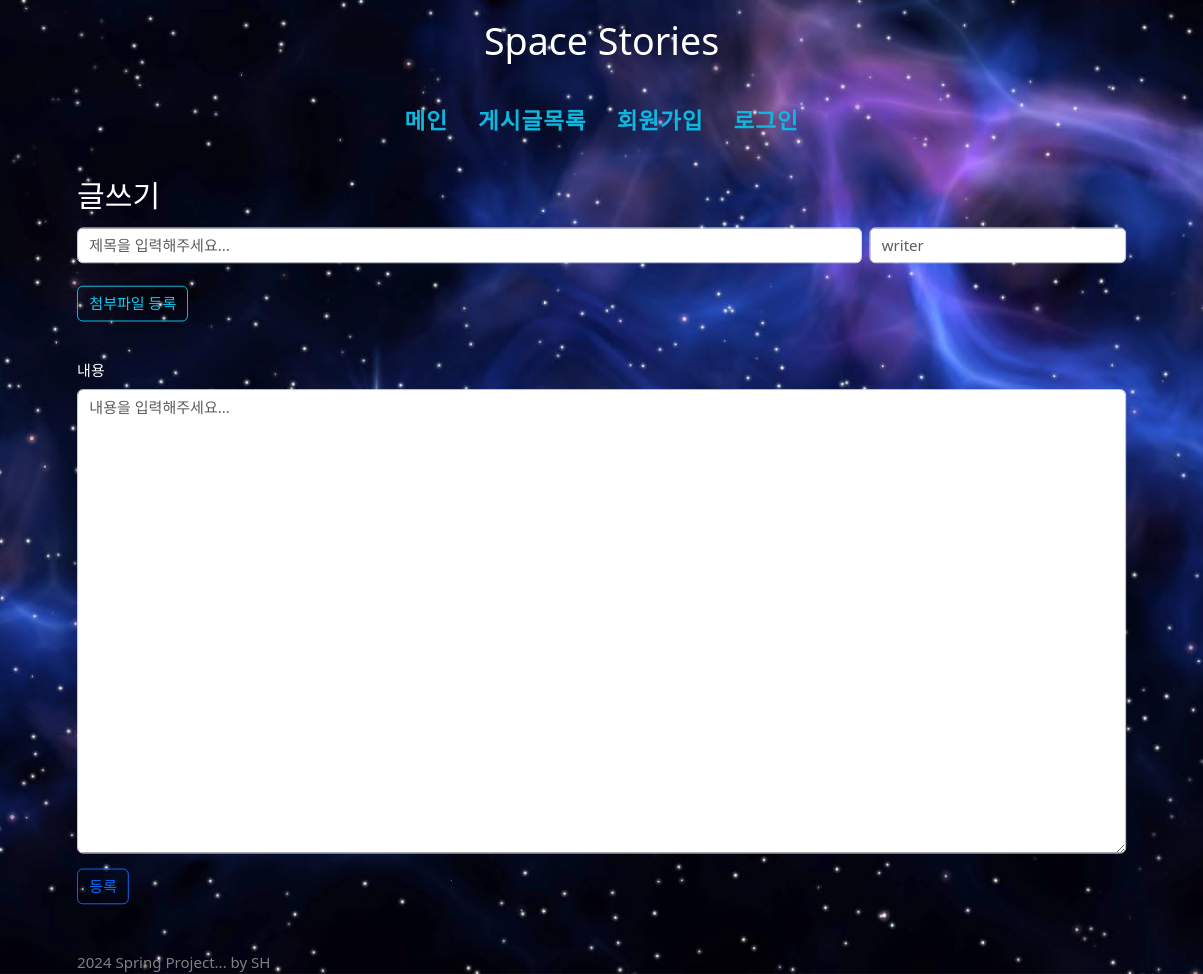
Repository: dtkd19/spring_personal_project
Page: http://localhost/myproject/WEB-INF/views/board/register.jsp
An editor plug-in stored every save of this project. The page is shown before and after the next save, followed by the edit.
The browser window is 1280 px wide. The pictures show the whole page, at 94% of full size.
The page is served by Tomcat 9. Nobody is signed in. The template is opened directly, without the code that normally fills it, so the values that code supplies are empty.

Above is the page before, as saved 2024-11-11 00:55:17.

After the next save:
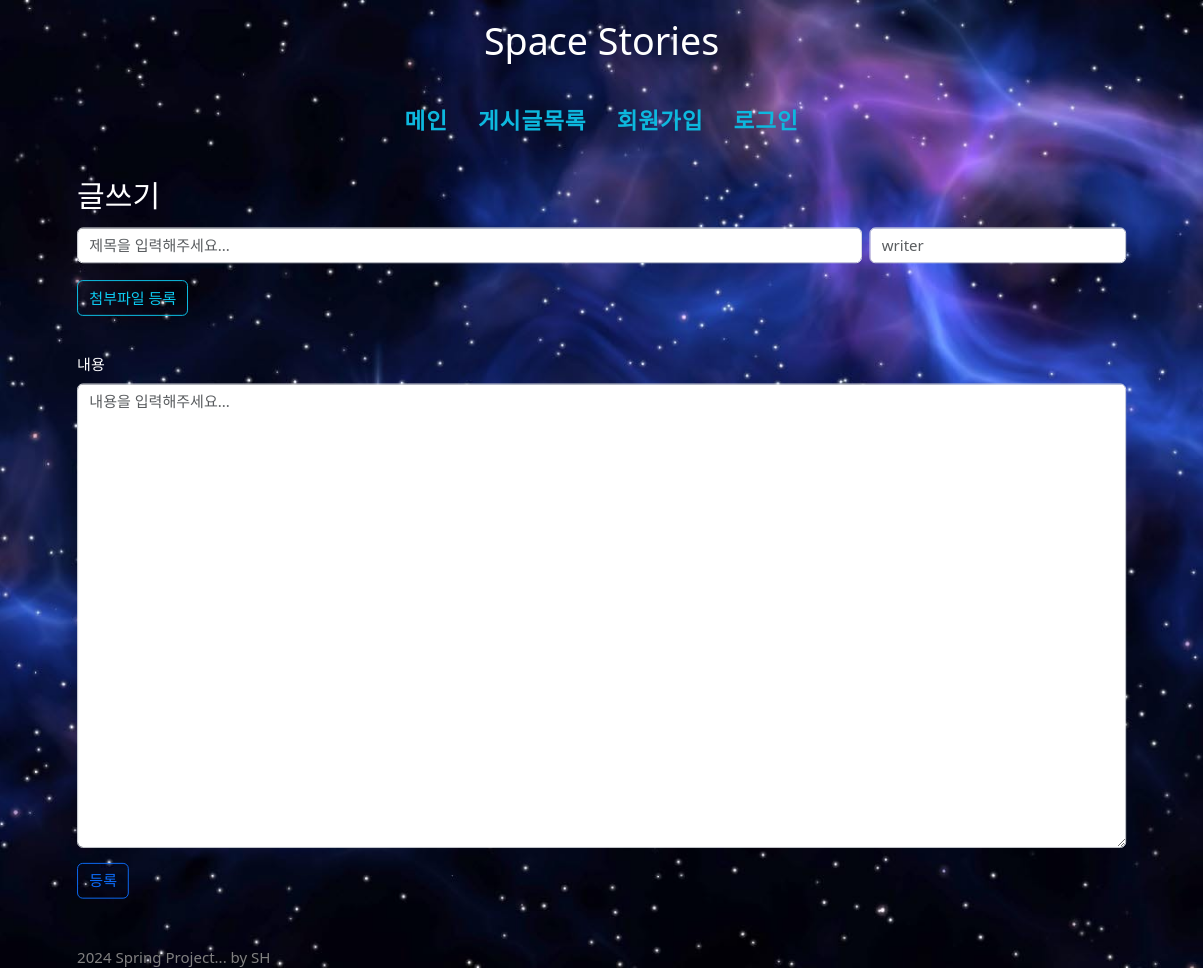
Saved 10 s later.
--- a/myproject/src/main/webapp/WEB-INF/views/board/register.jsp
+++ b/myproject/src/main/webapp/WEB-INF/views/board/register.jsp
@@ -2,6 +2,7 @@
 	pageEncoding="UTF-8"%>
 <%@ taglib uri="http://java.sun.com/jsp/jstl/core" prefix="c"%>
 <%@ taglib uri="http://www.springframework.org/security/tags"  prefix="sec"%>
+<link href="../resources/css/register.css" rel="stylesheet"/>
 
 <jsp:include page="../layout/header.jsp" />
 
